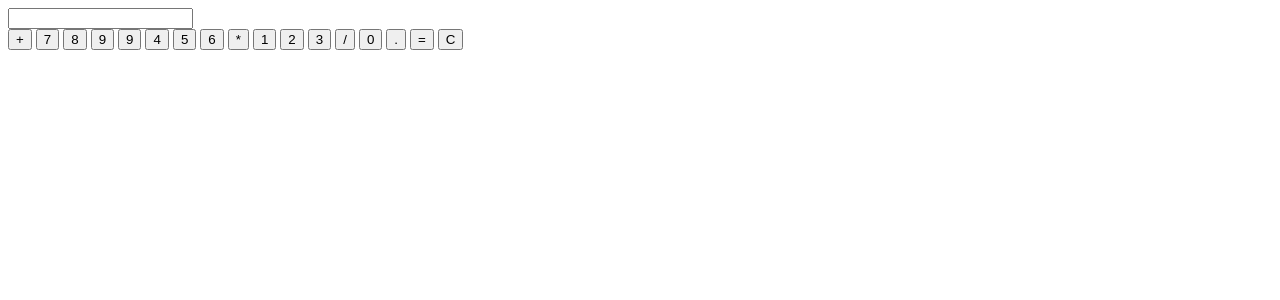
Repository: 23HarveyJi/25-Fall_chillguys
Page: calculator.html
The author's editor kept a copy of each file at every save. The page is drawn from the files as they stood at one save, then again after the next save.
The browser window is 1280 px wide. The pictures show the whole page.

Above is the page before, as saved 2025-10-10 14:51:23.

After the next save:
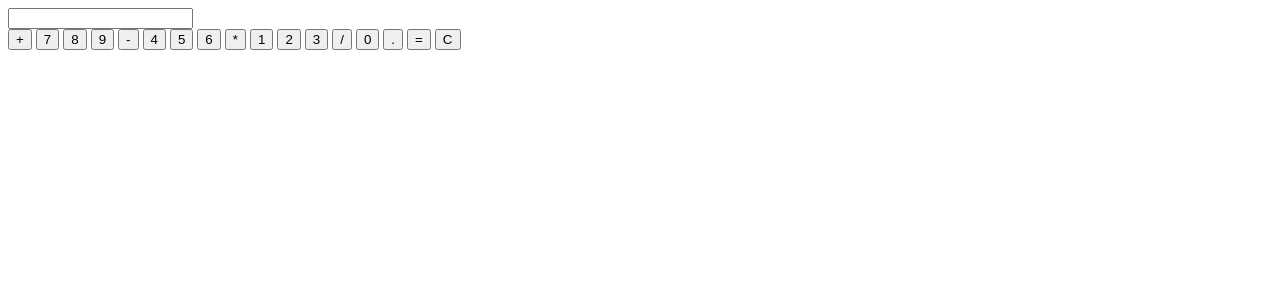
Saved 3 s later.
--- a/calculator.html
+++ b/calculator.html
@@ -15,7 +15,7 @@
                 <button onclick="appendToDisplay('7')">7</button>
                 <button onclick="appendToDisplay('8')">8</button>
                 <button onclick="appendToDisplay('9')">9</button>
-                <button onclick="appendToDisplay('9')">9</button>
+                <button onclick="appendToDisplay('-')">-</button>
                 <button onclick="appendToDisplay('4')">4</button>
                 <button onclick="appendToDisplay('5')">5</button>
                 <button onclick="appendToDisplay('6')">6</button>
